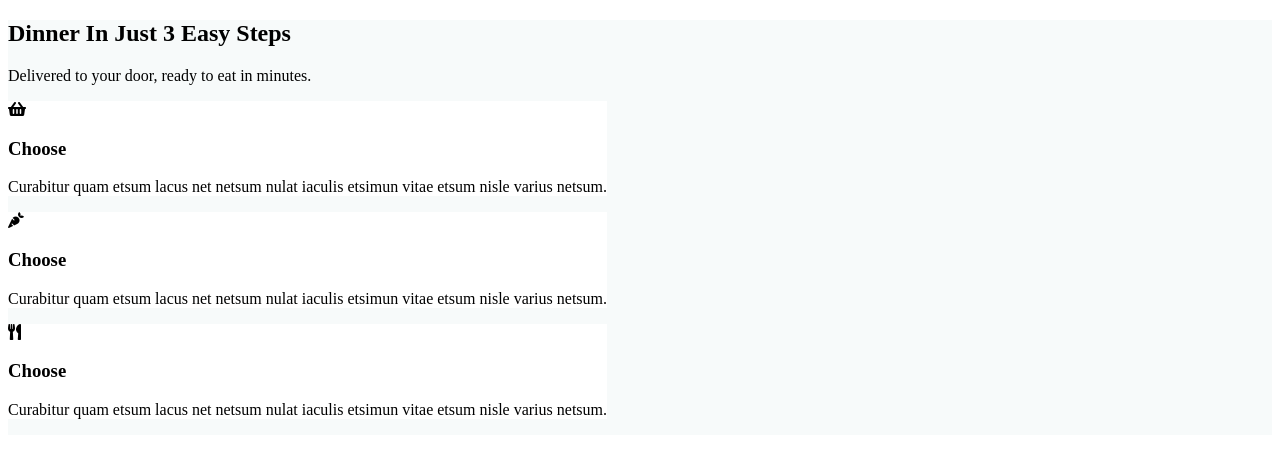
Repository: ST-United-Internship/leadpage
Page: wrapper-UI.html
An editor plug-in stored every save of this project. The page is shown before and after the next save, followed by the edit.
The browser window is 1280 px wide. The pictures show the whole page.

Above is the page before, as saved 2023-03-15 13:41:15.

After the next save:
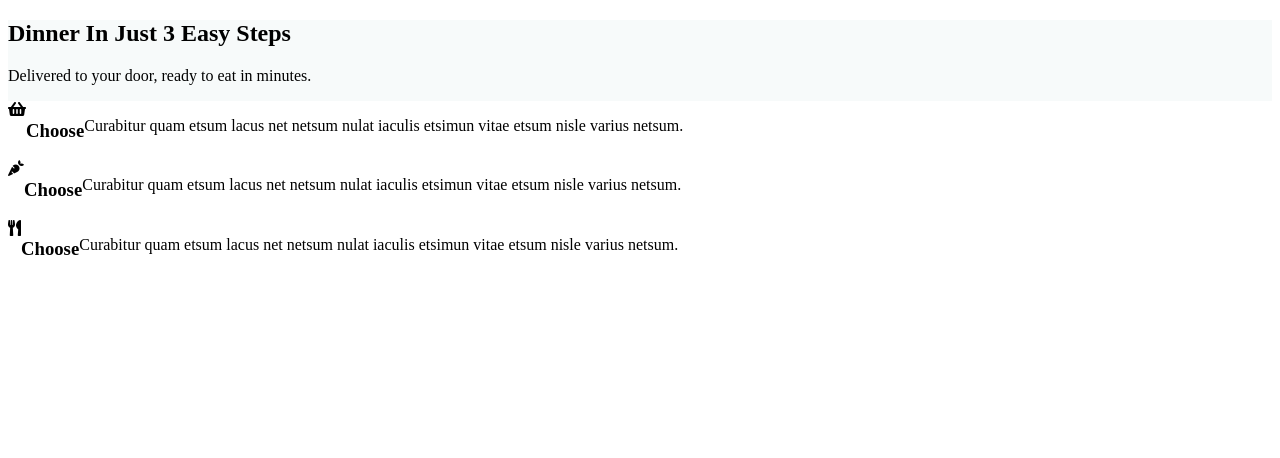
Saved 88 s later.
--- a/css/wrapper-UI.css
+++ b/css/wrapper-UI.css
@@ -42,7 +42,7 @@
     background-color:#f7fafa ;
 }
 
-.about .card-container{
+.about .card-container .card-title .card-wrapper{
     display: flex;
 }
 
